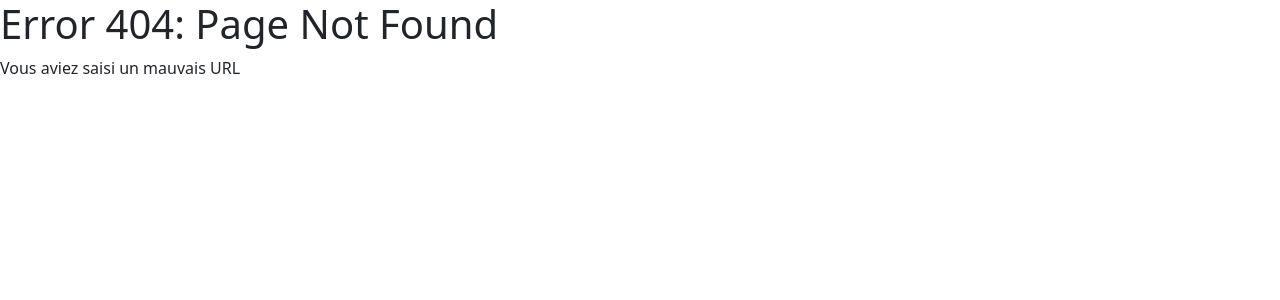
Repository: SKB-TECH/MinProject
Page: IHM/pageIntrouvable.html
An editor plug-in stored every save of this project. The page is shown before and after the next save, followed by the edit.
The browser window is 1280 px wide. The pictures show the whole page.
Some web libraries are served in a nearby version.

Above is the page before, as saved 2022-09-29 15:35:33.

### IHM/pageIntrouvable.html
<!DOCTYPE html>
<html lang="en">
<head>
    <meta charset="UTF-8">
    <meta http-equiv="X-UA-Compatible" content="IE=edge">
    <meta name="viewport" content="width=device-width, initial-scale=1.0">
    <link
    rel="stylesheet"
    href="../node_modules/bootstrap/dist/css/bootstrap.min.css"
  />
    <title>PageNotFound</title>
</head>
<body>


   <section>
        <h1>Error 404: Page Not Found</h1>
        <p>
            Vous aviez saisi un mauvais URL
        </p>
   </section>
</body>
</html>

After the next save:
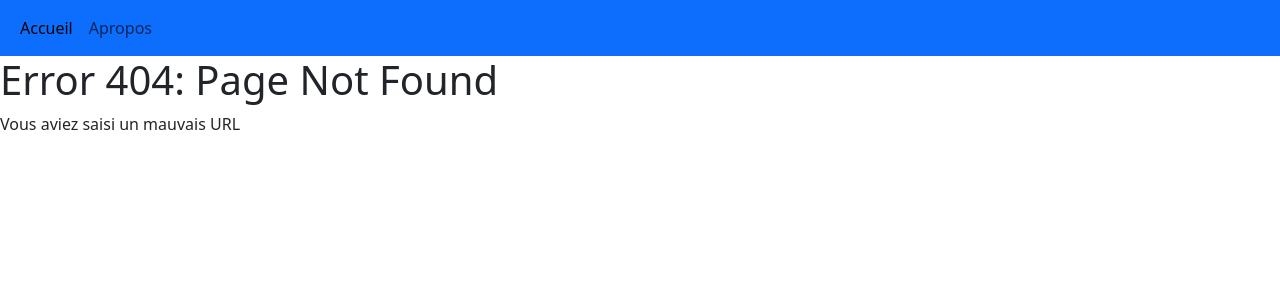
Saved 5 s later.
--- a/IHM/pageIntrouvable.html
+++ b/IHM/pageIntrouvable.html
@@ -12,7 +12,20 @@
 </head>
 <body>
 
-
+    <header>
+        <nav class="navbar navbar-expand-sm bg-primary navbar-success">
+          <div class="container-fluid">
+            <ul class="navbar-nav">
+              <li class="nav-item">
+                <a class="nav-link active" href="#">Accueil</a>
+              </li>
+              <li class="nav-item">
+                <a class="nav-link" href="#">Apropos</a>
+              </li>
+            </ul>
+          </div>
+        </nav>
+      </header>
    <section>
         <h1>Error 404: Page Not Found</h1>
         <p>
